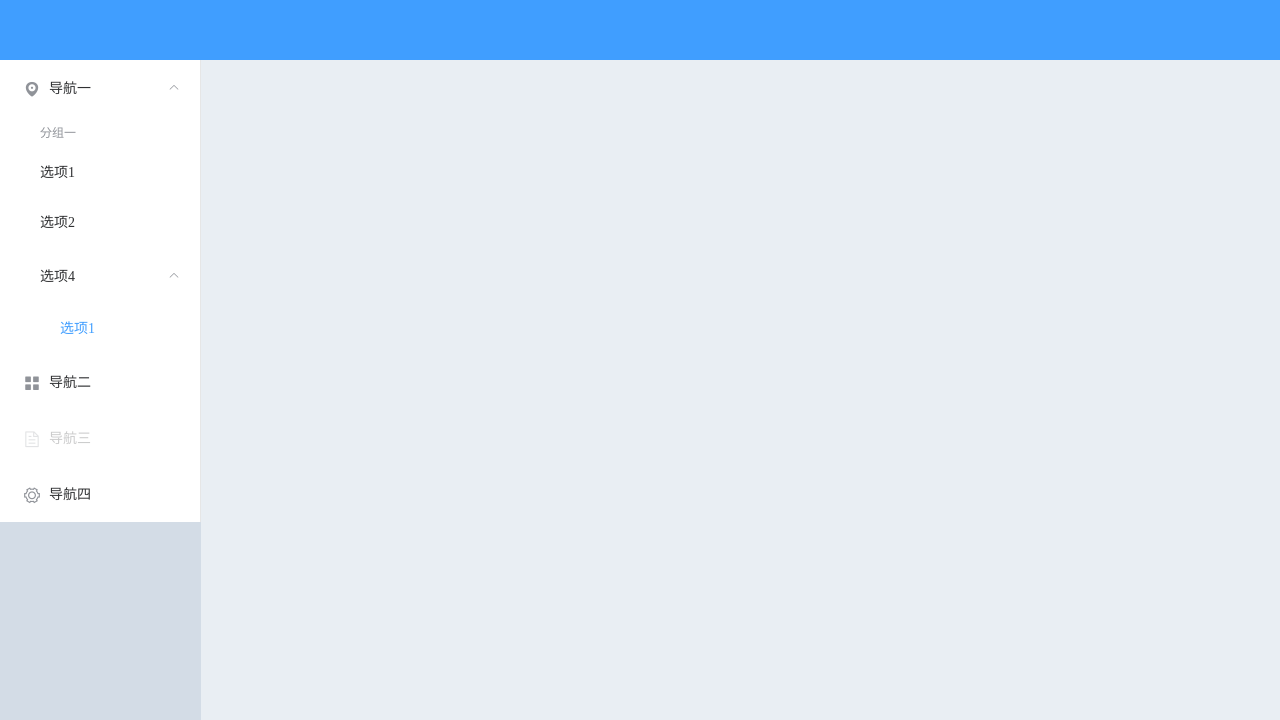
Repository: 960519152/elementui-demo-byf
Page: /#/
The author's editor kept a copy of each file at every save. The page is drawn from the files as they stood at one save, then again after the next save.
The browser window is 1280 px wide. The pictures show the whole page.
The project was rebuilt for these pictures with package versions that can differ from the ones it lists, and the page was loaded fresh each time. Also part of the build but not shown: src/components/HelloWorld.vue, src/components/Tx.vue, src/components/Tes.vue.

Above is the page before, as saved 2019-05-14 10:47:18.

### index.html
<!DOCTYPE html>
<html>

<head>
  <meta charset="utf-8">
  <meta name="viewport" content="width=device-width,initial-scale=1.0">
  <link rel="stylesheet" type="text/css" href="./static/css/base.css" />
  <title>vue-examine-backend</title>
</head>

<body style=" overflow-x: hidden;">
  <div id="app"></div>
  <!-- built files will be auto injected -->
</body>
</html>

### src/main.js
// The Vue build version to load with the `import` command
// (runtime-only or standalone) has been set in webpack.base.conf with an alias.
import Vue from 'vue'
import App from './App'
import router from './router' //路由
import ElementUI from 'element-ui'; //饿了么UI
import 'element-ui/lib/theme-chalk/index.css';  //饿了么UI

Vue.config.productionTip = false
Vue.use(ElementUI); //饿了么UI



/* eslint-disable no-new */
new Vue({
  el: '#app',
  router,
  components: { App },
  template: '<App/>'
})

### src/App.vue
<template>
  <div id="app">
    <router-view></router-view>
  </div>
</template>

<script>
  export default {
    name: 'app',
    methods: {

    }
  }

</script>

<style scoped lang="scss">
  #app {
    position: absolute;
    width: 100%;
    height: 100%;
  }
</style>

### src/router/index.js
import Vue from 'vue'
import Router from 'vue-router'
import HelloWorld from '@/components/HelloWorld'
import Home from '@/components/Home'
import Tx from '@/components/Tx'
import Tes from '@/components/Tes'

Vue.use(Router)

export default new Router({
  routes: [
    {
      path: '/',
      name: '主要菜单',
      component: Home,
      iconCls: 'el-icon-platform-eleme',
      children: [
        { path: '/Tx', component: Tx, name: '菜单1' },
        { path: '/Tes', component: Tes, name: '菜单2' }
      ]
    },
    {
      path: '/',
      name: 'HelloWorld',
      leaf: true,//只有一个节点
      component: Home,
      iconCls: 'el-icon-s-home',
      children: [
        { path: '/HelloWorld', component: HelloWorld, name: '单独的' },
      ]
    }
  ]
})

### src/components/Home.vue
<template>
  <div id="app">
    <el-container class="menu">
      <el-header class="header">
        <i class="el-icon-s-grid menumedia" @click="k"></i>
      </el-header>
      <el-container>
        <el-aside>
          <!-- <el-row class="tac">
            <el-col :span="24">
              <div class="div-logo">
                <img src="../../static/image/logo.png">
              </div>
              <el-menu :default-active="$route.path" class="el-menu-vertical-demo" unique-opened router v-show="true"
                @open="handleOpen" @close="handleClose" :collapse="isCollapse">
                <template v-for="(item,index) in $router.options.routes" v-if="!item.hidden">
                  <el-submenu :index="index+''" v-if="!item.leaf">
                    <template slot="title">
                      <i :class="item.iconCls"></i>
                      <span slot="title">{{item.name}}</span>
                    </template>
                    <el-menu-item v-for="child in item.children" :index="child.path" :key="child.path"
                      v-if="!child.hidden"> <span slot="title"> {{child.name}}</span></el-menu-item>
                  </el-submenu>
                  <el-menu-item v-if="item.leaf&&item.children.length==1" :index="item.children[0].path">
                    <i :class="item.iconCls"></i>
                    <span slot="title"> {{item.children[0].name}}</span>
                  </el-menu-item>
                </template>
              </el-menu>
            </el-col>
          </el-row> -->
          <el-menu default-active="1-4-1" class="el-menu-vertical-demo" @open="handleOpen" @close="handleClose" :collapse="isCollapse">
  <el-submenu index="1">
    <template slot="title">
      <i class="el-icon-location"></i>
      <span slot="title">导航一</span>
    </template>
    <el-menu-item-group>
      <span slot="title">分组一</span>
      <el-menu-item index="1-1">选项1</el-menu-item>
      <el-menu-item index="1-2">选项2</el-menu-item>
    </el-menu-item-group>
    <el-submenu index="1-4">
      <span slot="title">选项4</span>
      <el-menu-item index="1-4-1">选项1</el-menu-item>
    </el-submenu>
  </el-submenu>
  <el-menu-item index="2">
    <i class="el-icon-menu"></i>
    <span slot="title">导航二</span>
  </el-menu-item>
  <el-menu-item index="3" disabled>
    <i class="el-icon-document"></i>
    <span slot="title">导航三</span>
  </el-menu-item>
  <el-menu-item index="4">
    <i class="el-icon-setting"></i>
    <span slot="title">导航四</span>
  </el-menu-item>
</el-menu>
        </el-aside>
        <el-main>
          <router-view></router-view>
        </el-main>
      </el-container>
    </el-container>
  </div>
</template>

<script>
  export default {
    name: "Home",
    data() {
      return {
        isCollapse: false
      }
    },
    methods: {
      handleOpen(key, keyPath) {
        console.log(key, keyPath);
      },
      handleClose(key, keyPath) {
        console.log(key, keyPath);
      },
      k(){
        if(this.isCollapse){
          this.isCollapse=false
        }else{
          this.isCollapse=true
        }
      }
    },
    watch:{
      isCollapse(){
        console.log(this.isCollapse);
      }
    }
  };

</script>

<style scoped lang="scss">
  @import "../../static/css/base.scss";

  .menu {
    width: 100%;
    height: 100%;
  }

  .div-logo {
    width: 100%;
    height: 135px;

    img {
      width: 45%;
    }
  }

  .header {
    font-size: 25px;
    text-align: left !important;
  }

  // .left-aside {
  //   width: 200px !important;
  //   overflow-x: hidden;
  // }

  .el-header,
  .el-footer {
    background-color: #b3c0d1;
    color: #333;
    text-align: center;
    line-height: 60px;
  }

  .el-aside {
    background-color: #d3dce6;
    color: #333;
    text-align: center;
    line-height: 200px;
  }

  .el-main {
    background-color: #e9eef3;
    color: #333;
    text-align: center;
    line-height: 160px;
  }

  body>.el-container {
    margin-bottom: 40px;
  }

  .el-container:nth-child(5) .el-aside,
  .el-container:nth-child(6) .el-aside {
    line-height: 260px;
  }

  .el-container:nth-child(7) .el-aside {
    line-height: 320px;
  }

  .el-submenu {
    text-align: left;
    // padding-left: 10px;
  }

  .el-menu-item {
    text-align: left;
    // padding-left: 30px !important;
  }

  // i {
  //   vertical-align: text-bottom !important;
  // }
  .el-aside{
    width: auto !important;
  }

  @media screen and (min-width: $smallSize) {
    .header {
      background:#409EFF;

      i {
        display: none;
      }
    }
  }

  @media screen and (max-width: $smallSize) {
    .header {
      background: #409EFF;

      i {
        display: inline;
      }
    };
  }

  @media screen and (max-width: $smallSize) {
    // .el-aside{
    //   left: -100%;
    //   position: relative;
    // }
  }

</style>

### static/css/base.scss
$smallSize: 700px;



body {
    height: 100%;
    width: 100%;
    margin: 0;
    padding: 0;
    font-size: 16px;
    overflow-x: hidden;
  }

### static/css/base.css
body {
    height: 100%;
    width: 100%;
    margin: 0;
    padding: 0;
    font-size: 16px;
    overflow-x: hidden;
  }

After the next save:
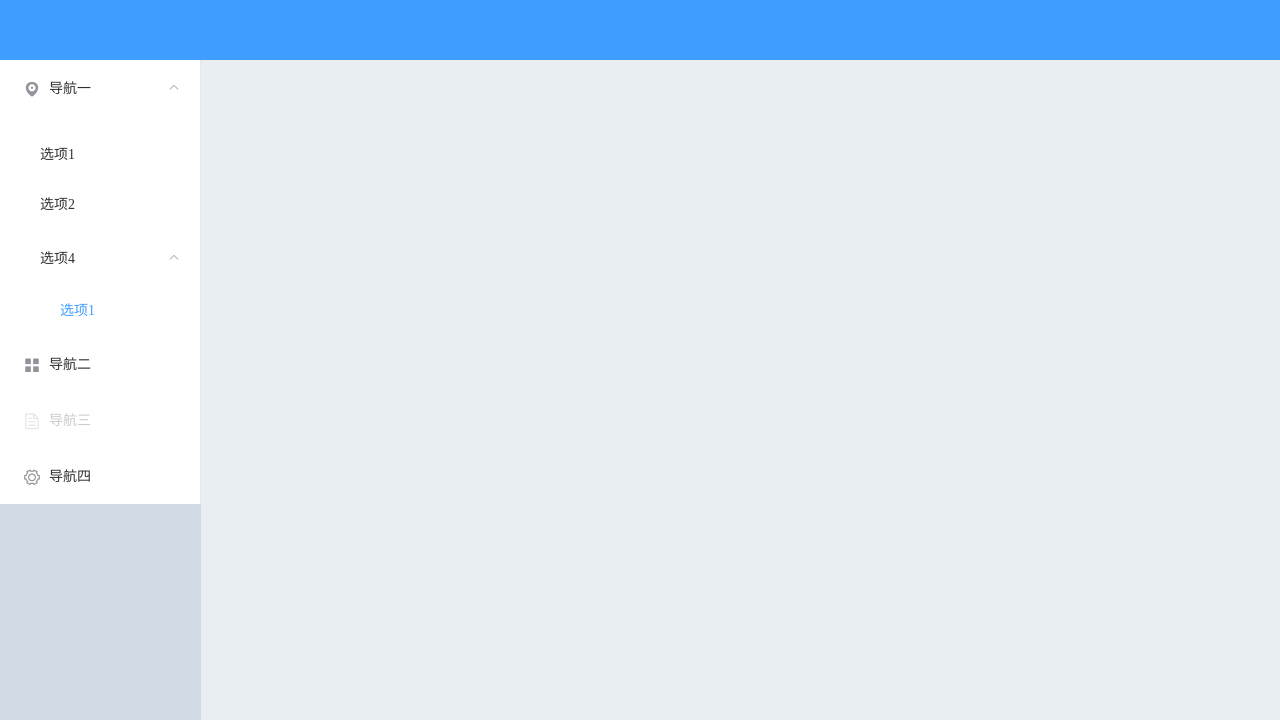
Saved 30 s later.
--- a/src/components/Home.vue
+++ b/src/components/Home.vue
@@ -37,7 +37,7 @@
       <span slot="title">导航一</span>
     </template>
     <el-menu-item-group>
-      <span slot="title">分组一</span>
+
       <el-menu-item index="1-1">选项1</el-menu-item>
       <el-menu-item index="1-2">选项2</el-menu-item>
     </el-menu-item-group>
